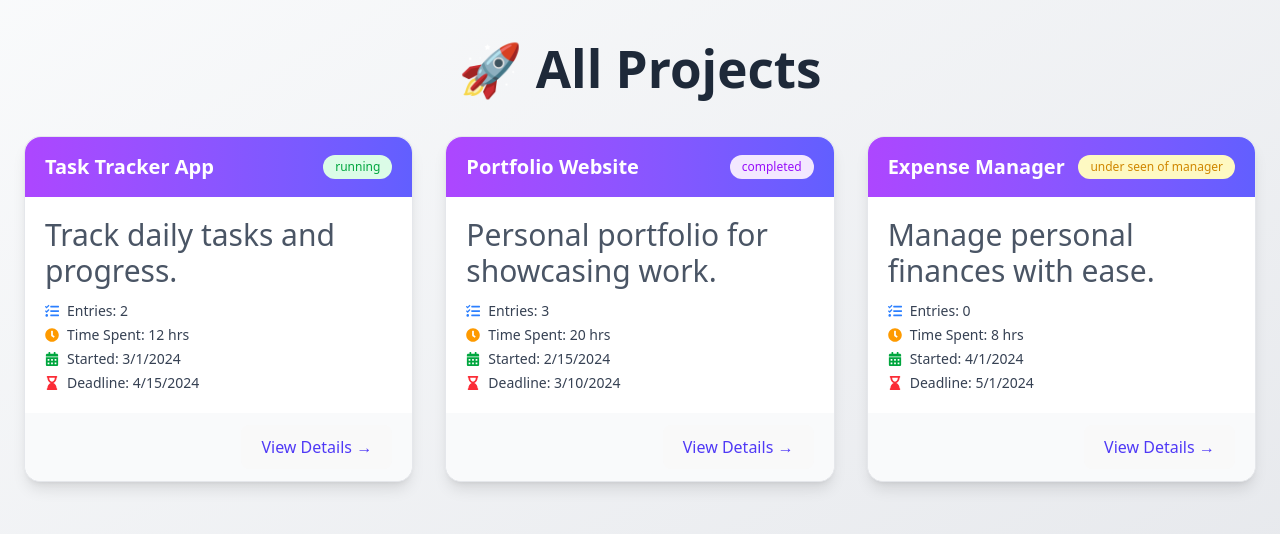
Repository: mohitagrawal0412/Workify
Page: /projects (app in client/)
The author's editor kept a copy of each file at every save. The page is drawn from the files as they stood at one save, then again after the next save.
The browser window is 1280 px wide. The pictures show the whole page.
The project was rebuilt for these pictures with package versions that can differ from the ones it lists, and the page was loaded fresh each time. Also part of the build but not shown: client/vite.config.js, client/src/Components/Dashboard/Dashboard.jsx.

Above is the page before, as saved 2025-04-15 09:56:03.

After the next save:
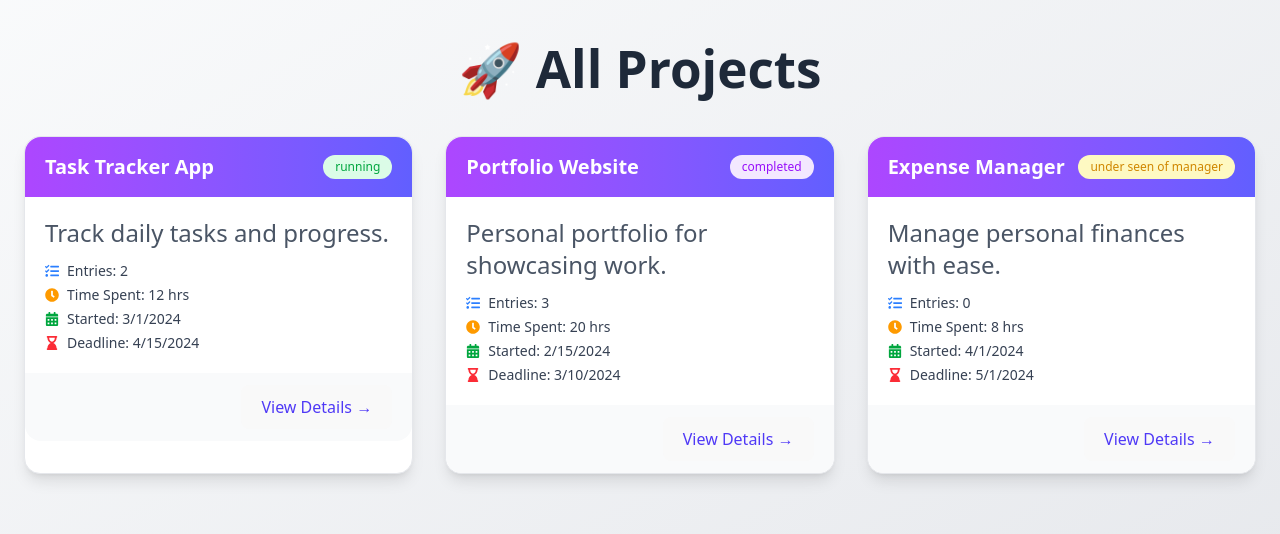
Saved 7 s later.
--- a/client/src/Components/Dashboard/AllProjects.jsx
+++ b/client/src/Components/Dashboard/AllProjects.jsx
@@ -63,7 +63,7 @@ const AllProjects = () => {
 
                         {/* Card Body */}
                         <div className="p-5 space-y-3">
-                            <p className="text-gray-600 text-3xl">{project.description}</p>
+                            <p className="text-gray-600 text-2xl">{project.description}</p>
 
                             <div className="text-sm text-gray-700 space-y-1">
                                 <div className="flex items-center gap-2">
